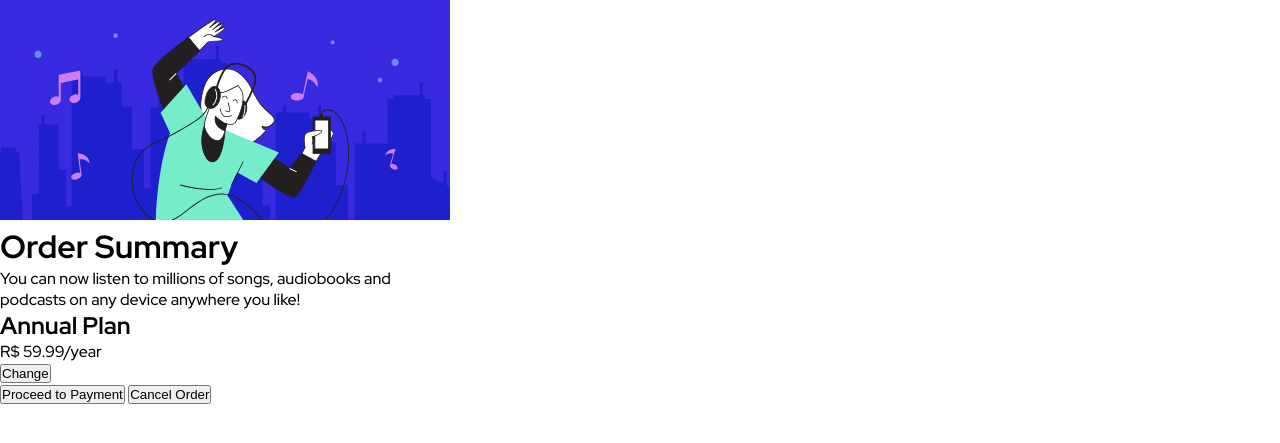
Repository: gccavalheiro/order-summary-card
Page: index.html
The author's editor kept a copy of each file at every save. The page is drawn from the files as they stood at one save, then again after the next save.
The browser window is 1280 px wide. The pictures show the whole page.

Above is the page before, as saved 2021-12-17 01:54:21.

### index.html
<!DOCTYPE html>
<html lang="en">

<head>
  <meta charset="UTF-8" />
  <meta http-equiv="X-UA-Compatible" content="IE=edge" />
  <meta name="viewport" content="width=device-width, initial-scale=1.0" />
  <link rel="preconnect" href="https://fonts.googleapis.com">
  <link rel="preconnect" href="https://fonts.gstatic.com" crossorigin>
  <link href="https://fonts.googleapis.com/css2?family=Red+Hat+Display:wght@500;700&display=swap" rel="stylesheet">
  <link rel="icon" type="image/png" sizes="32x32" href="./images/favicon-32x32.png" />
  <title>Frontend Mentor | Order summary card</title>
  <link rel="stylesheet" href="./assets/css/main.css" />
</head>

<body>
  <main>
    <div class="card">
      <div class="card-header">
        <img src="./assets/images/illustration-hero.svg" alt="Illustration Woman">
      </div>
      <div class="card-body">
        <div class="card-info">
          <h1>Order Summary</h1>
          <p>You can now listen to millions of songs,
            audiobooks and podcasts on any device
            anywhere you like! </p>
          <div class="card-plan">
            <div class="card-plan-detail">
              <div class="card-plan-icon-detail"></div>
              <div class="card-plan-info-detail">
                <h2>Annual Plan</h2>
                <p>R$ 59.99/year</p>
              </div>
            </div>
            <button class="card-plan-button">Change</button>
          </div>
          <button class="card-button-payment">Proceed to Payment</button>
          <button class="card-button-cancel">Cancel Order</button>
        </div>
      </div>
    </div>
  </main>
</body>

</html>

### assets/css/main.css
:root {
  --primary-pale-blue: hsl(225, 100%, 94%);
  --secondary-bright-blue: hsl(245, 75%, 52%);
  --very-pale-blue:hsl(225, 100%, 98%);
  --desaturated-blue: hsl(224, 23%, 55%);
  --dark-blue: hsl(223, 47%, 23%);
  --variant-blue: hsl(245, 83%, 68%);
  --white: hsl(0, 0%, 100%);
}

* {
  margin: 0;
  padding: 0;
  outline: 0;
  box-sizing: border-box;
  text-rendering: optimizeLegibility;
  -webkit-font-smoothing: antialiased;
  -moz-osx-font-smoothing: grayscale;
}


body {
  font-family: 'Red Hat Display', sans-serif;
  font-size: 1rem;
}

main {
  width: 100%;
  height: 100vh;
}

.card {
  display: flex;
  flex-direction: column;
  width: 100%;
  max-width: 450px;
  border-radius: 20px;
  background-color: var(--white);
}

After the next save:
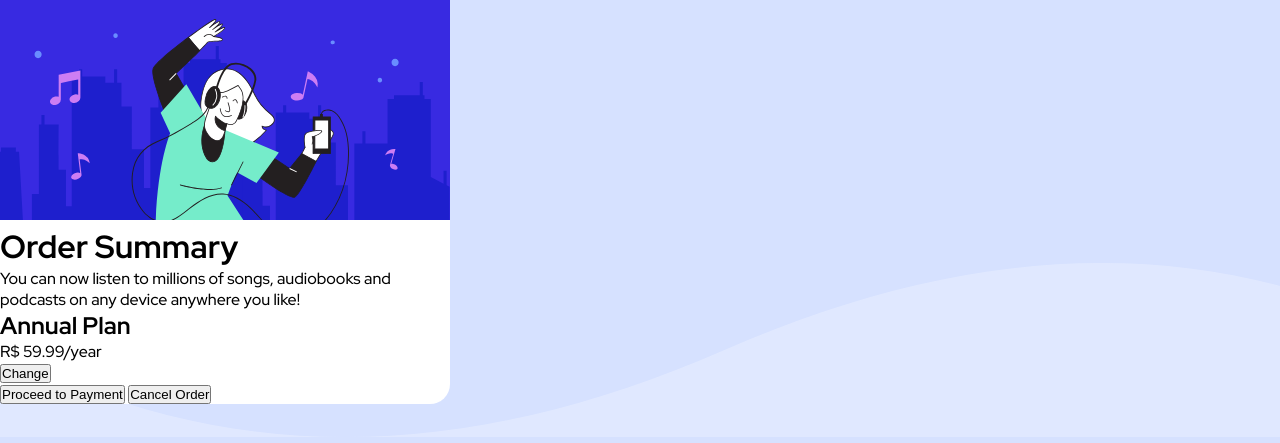
Saved 29 s later.
--- a/assets/css/main.css
+++ b/assets/css/main.css
@@ -22,6 +22,9 @@
 body {
   font-family: 'Red Hat Display', sans-serif;
   font-size: 1rem;
+  background-color: var(--primary-pale-blue);
+  background-image: url('../images/pattern-background-desktop.svg');
+
 }
 
 main {
